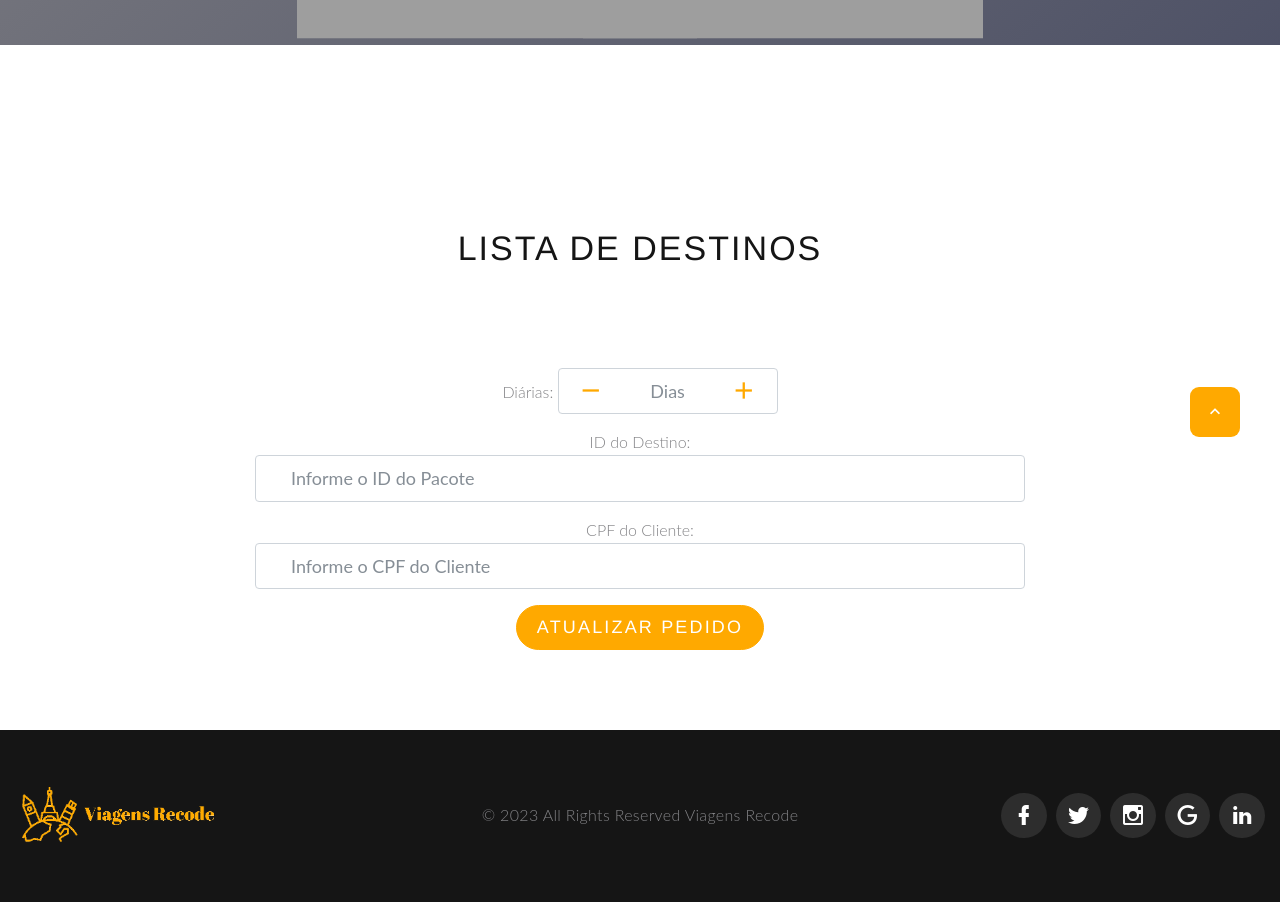
Repository: LiraS23/RecodePro2023-Modulo-4
Page: http://localhost/Modulo4/editarPedido.jsp
The author's editor kept a copy of each file at every save. The page is drawn from the files as they stood at one save, then again after the next save.
The browser window is 1280 px wide. The pictures show the part of the page from y = 343 to 1295 px (the page is 1245 px tall before and 1295 px after).
Pictures or frames that could not be fetched are drawn as grey boxes. Some web fonts or font styles are not loaded; a fallback is used. The page is served by Tomcat 10.

Above is the page before, as saved 2023-11-03 20:07:58.

After the next save:
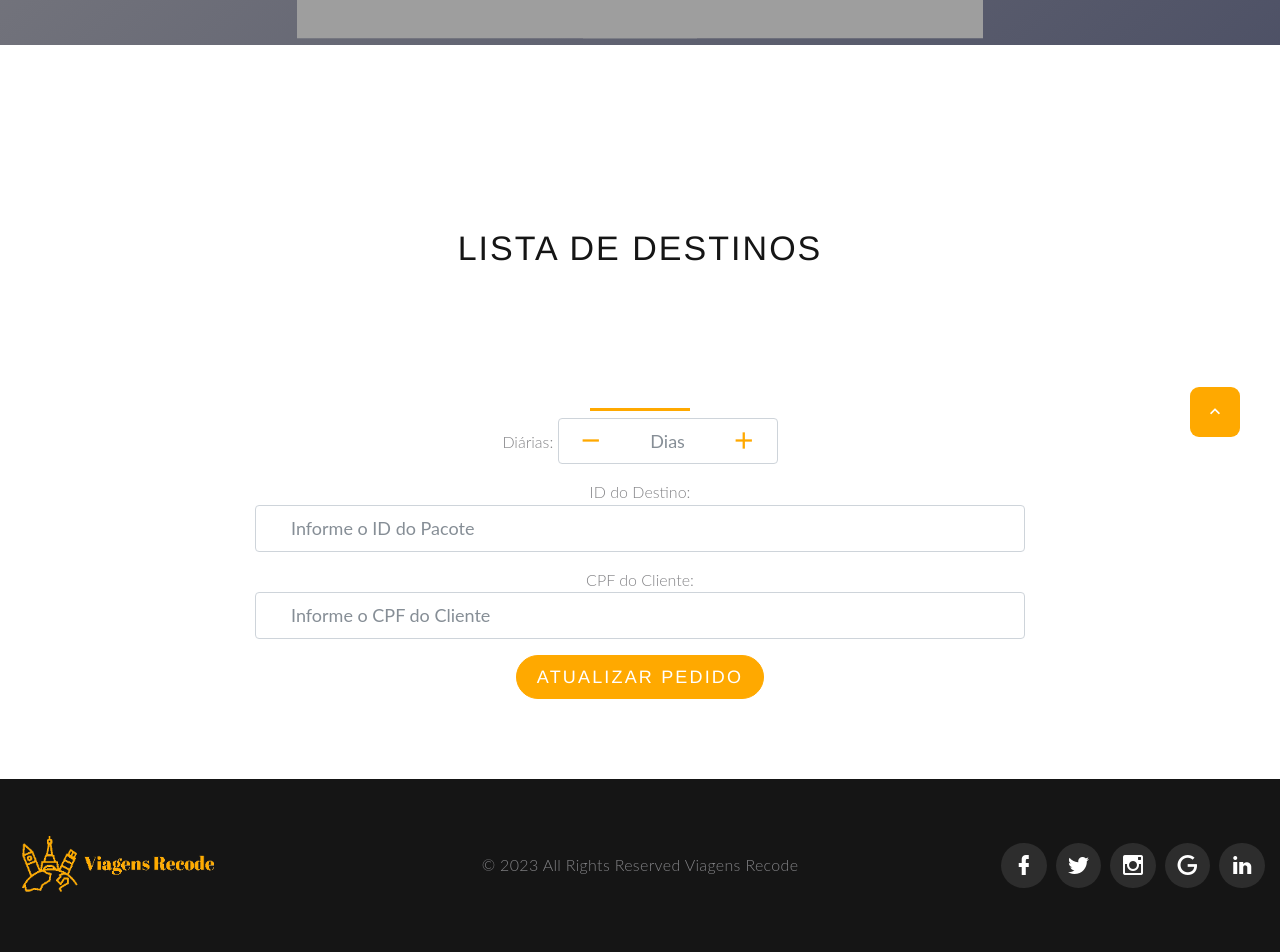
Saved 10 s later.
--- a/java/Modulo4/src/main/webapp/editarPedido.jsp
+++ b/java/Modulo4/src/main/webapp/editarPedido.jsp
@@ -95,6 +95,7 @@
 								</tbody>
 							</table>
 						</div>
+						<hr class="divider divider-left divider-secondary">
 						<!--form-->
 						<form class="" data-form-output="form-output-global"
 							data-form-type="cadastro" method="post"
